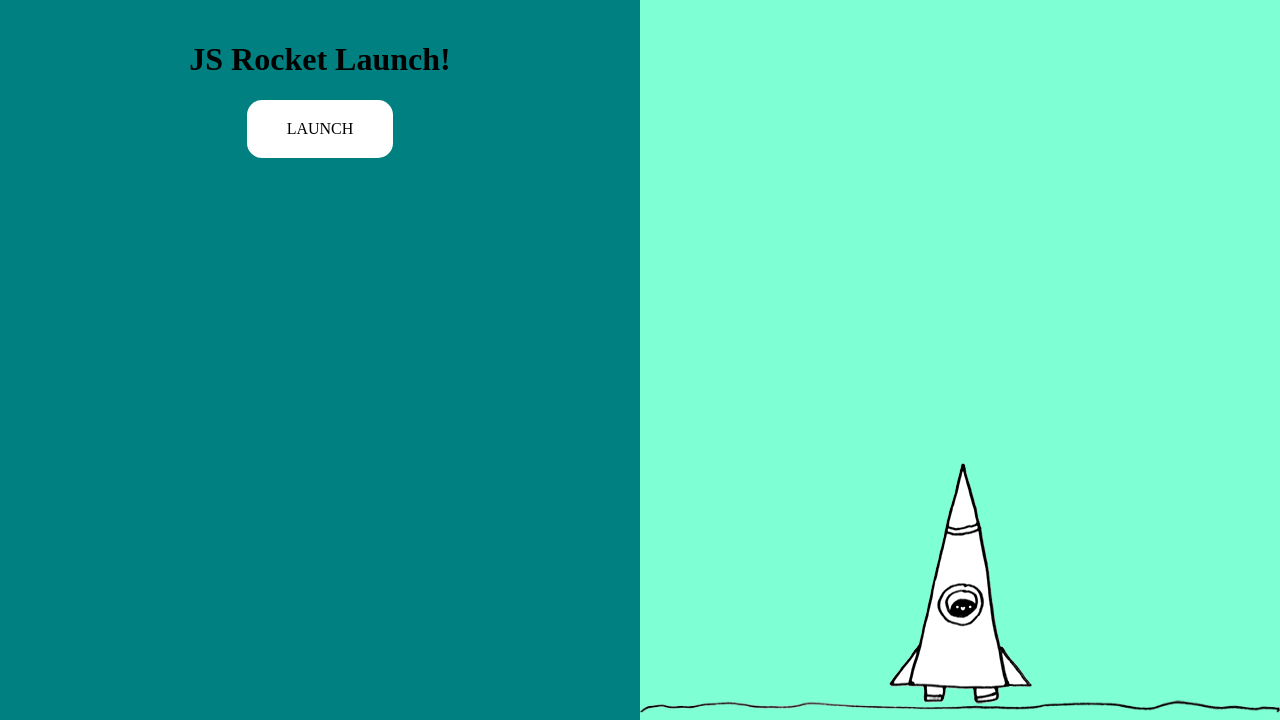
Repository: alcarrizo/Rocket-launch
Page: index.html
These files come from the project's save history. The page is drawn as it stood at one moment and after the next save; the edit follows.
The browser window is 1280 px wide. The pictures show the whole page.

Above is the page before, as saved 2022-10-20 23:01:18.

After the next save:
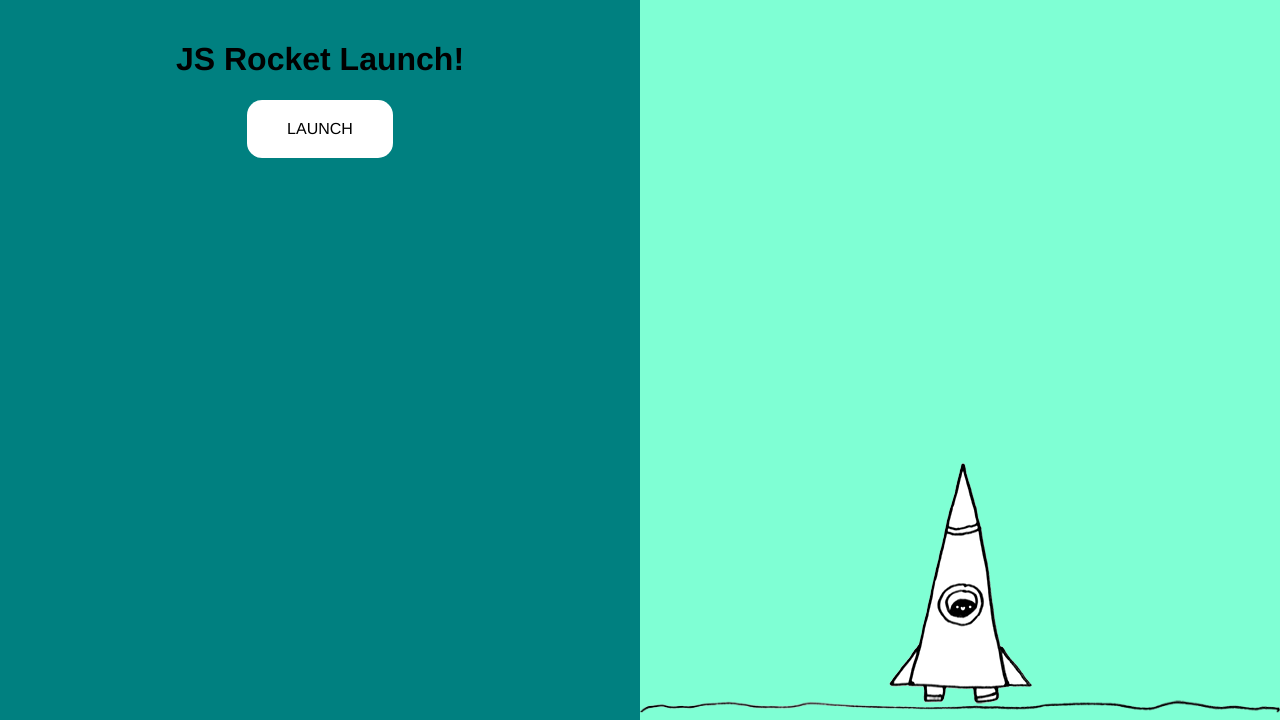
Saved 59 s later.
--- a/css/style.css
+++ b/css/style.css
@@ -1,5 +1,6 @@
 body {
     position: relative;
+    font-family: 'Helvetica', 'Arial', 'sans-serif';
 }
 
 .left {
